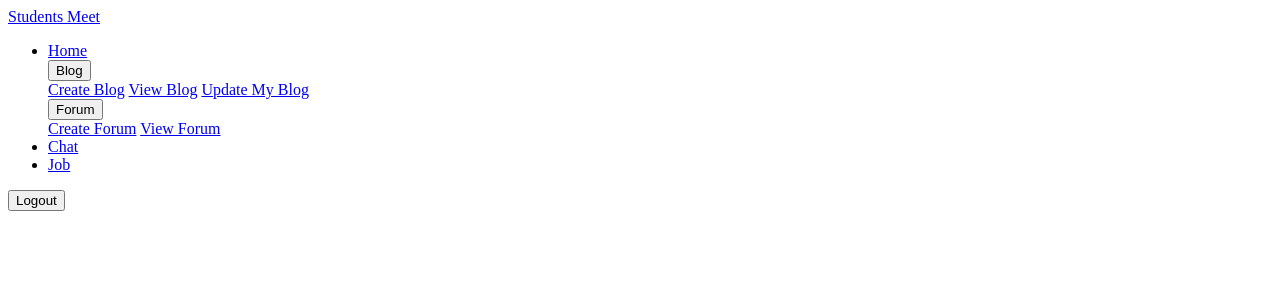
Repository: JamesArul/CLBSiteSTMT
Page: StudentsMeetFrontEnd/WebContent/Headers/UserHeader.html
These files come from the project's save history. The page is drawn as it stood at one moment and after the next save; the edit follows.
The browser window is 1280 px wide. The pictures show the whole page.

Above is the page before, as saved 2017-05-31 18:09:44.

After the next save:
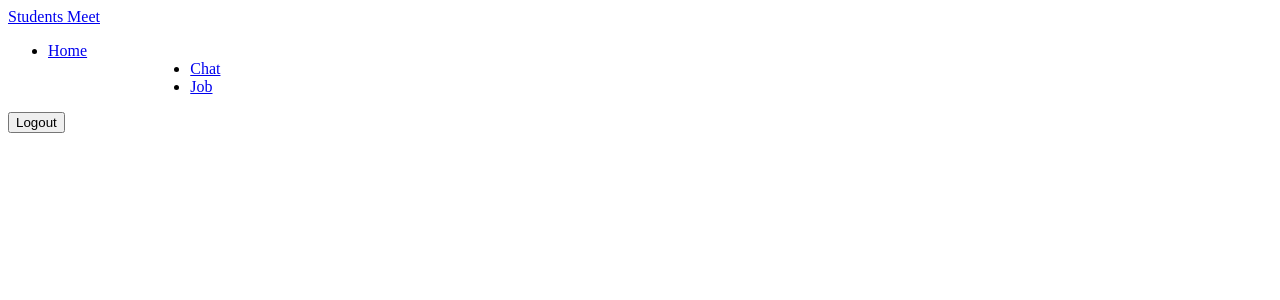
Saved 32 s later.
--- a/StudentsMeetFrontEnd/WebContent/Headers/UserHeader.html
+++ b/StudentsMeetFrontEnd/WebContent/Headers/UserHeader.html
@@ -1,3 +1,63 @@
+<style>
+.container {
+    overflow: hidden;
+    background-color: #333;
+    font-family: Arial;
+}
+
+.container a {
+    float: left;
+    font-size: 16px;
+    color: white;
+    text-align: center;
+    padding: 14px 16px;
+    text-decoration: none;
+}
+
+.dropdown {
+    float: left;
+    overflow: hidden;
+}
+
+.dropdown .dropbtn {
+    font-size: 16px;
+    border: none;
+    outline: none;
+    color: white;
+    padding: 14px 16px;
+    background-color: inherit;
+}
+
+.container a:hover, .dropdown:hover .dropbtn {
+    background-color: red;
+}
+
+.dropdown-content {
+    display: none;
+    position: absolute;
+    background-color: #f9f9f9;
+    min-width: 160px;
+    box-shadow: 0px 8px 16px 0px rgba(0,0,0,0.2);
+    z-index: 1;
+}
+
+.dropdown-content a {
+    float: none;
+    color: black;
+    padding: 12px 16px;
+    text-decoration: none;
+    display: block;
+    text-align: left;
+}
+
+.dropdown-content a:hover {
+    background-color: #ddd;
+}
+
+.dropdown:hover .dropdown-content {
+    display: block;
+}
+</style>
 <div ng-controller="UserController as ctrl">
 <nav class="navbar navbar-default">
 <div class="container-fluid">

After the 2 saves that followed:
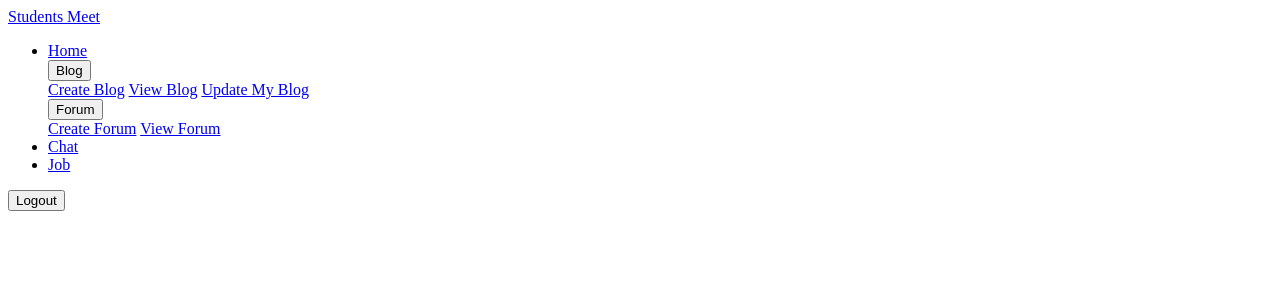
The 2 saves are shown as one change because they came seconds apart.
The last was saved 2 min 41 s later.
--- a/StudentsMeetFrontEnd/WebContent/Headers/UserHeader.html
+++ b/StudentsMeetFrontEnd/WebContent/Headers/UserHeader.html
@@ -1,63 +1,3 @@
-<style>
-.container {
-    overflow: hidden;
-    background-color: #333;
-    font-family: Arial;
-}
-
-.container a {
-    float: left;
-    font-size: 16px;
-    color: white;
-    text-align: center;
-    padding: 14px 16px;
-    text-decoration: none;
-}
-
-.dropdown {
-    float: left;
-    overflow: hidden;
-}
-
-.dropdown .dropbtn {
-    font-size: 16px;
-    border: none;
-    outline: none;
-    color: white;
-    padding: 14px 16px;
-    background-color: inherit;
-}
-
-.container a:hover, .dropdown:hover .dropbtn {
-    background-color: red;
-}
-
-.dropdown-content {
-    display: none;
-    position: absolute;
-    background-color: #f9f9f9;
-    min-width: 160px;
-    box-shadow: 0px 8px 16px 0px rgba(0,0,0,0.2);
-    z-index: 1;
-}
-
-.dropdown-content a {
-    float: none;
-    color: black;
-    padding: 12px 16px;
-    text-decoration: none;
-    display: block;
-    text-align: left;
-}
-
-.dropdown-content a:hover {
-    background-color: #ddd;
-}
-
-.dropdown:hover .dropdown-content {
-    display: block;
-}
-</style>
 <div ng-controller="UserController as ctrl">
 <nav class="navbar navbar-default">
 <div class="container-fluid">
